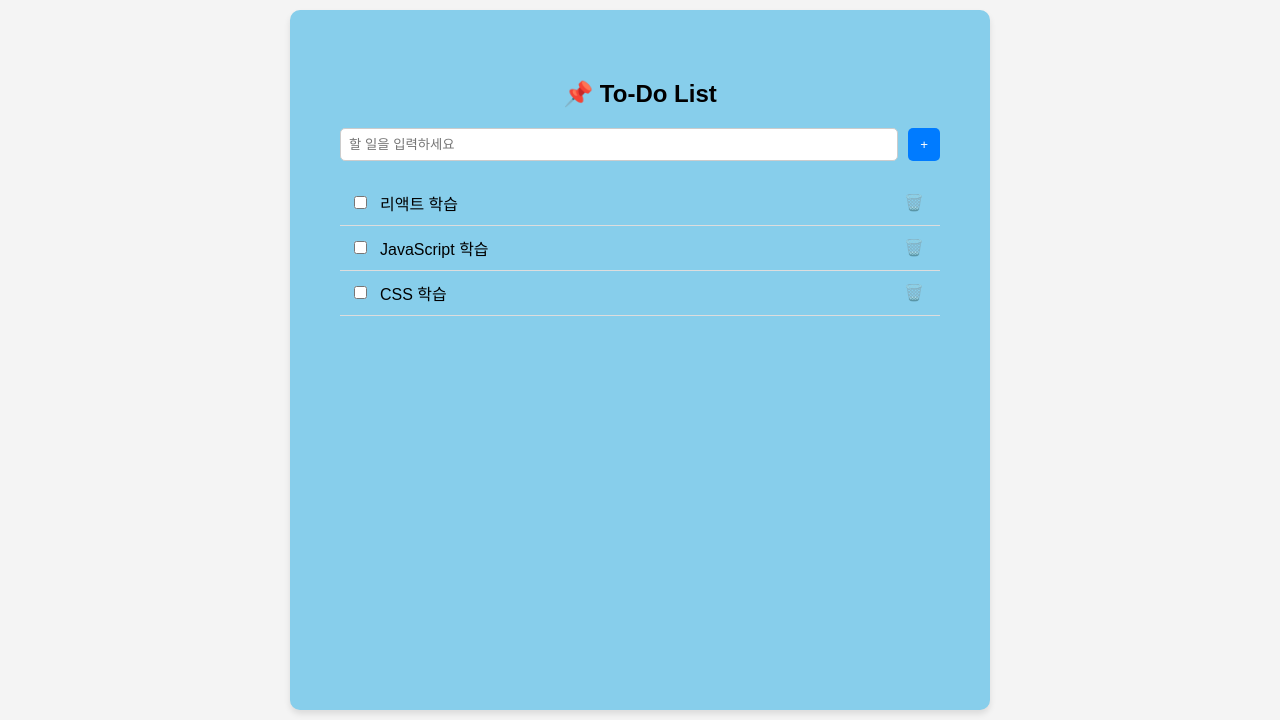
Repository: jongheonleee/todo-list
Page: /
The author's editor kept a copy of each file at every save. The page is drawn from the files as they stood at one save, then again after the next save.
The browser window is 1280 px wide. The pictures show the whole page.
The project was rebuilt for these pictures with package versions that can differ from the ones it lists, and the page was loaded fresh each time.

Above is the page before, as saved 2025-02-19 15:38:03.

After the next save:
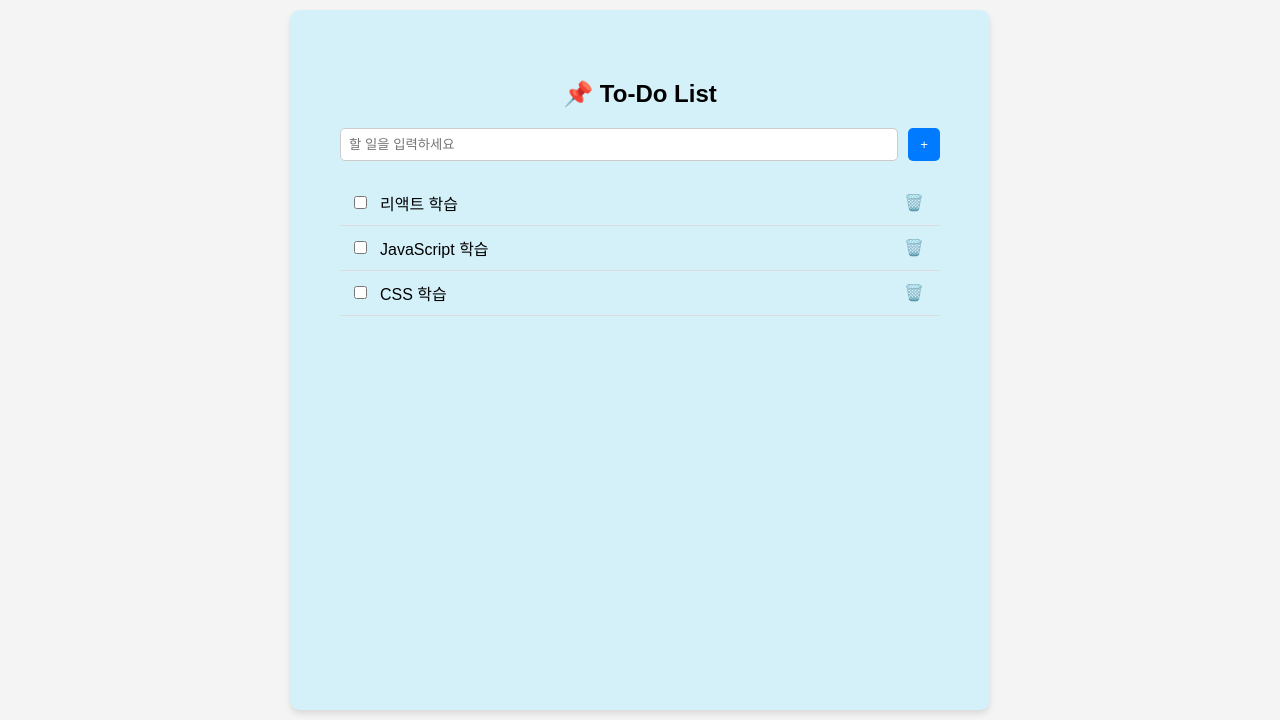
Saved 40 s later.
--- a/src/App.css
+++ b/src/App.css
@@ -10,7 +10,7 @@
 }
 
 .sub-container {
-  background-color: #87CEEB;
+  background-color: #D4F1F9;
   padding: 50px;
   border-radius: 10px;
   box-shadow: 0 4px 6px rgba(0, 0, 0, 0.1);
